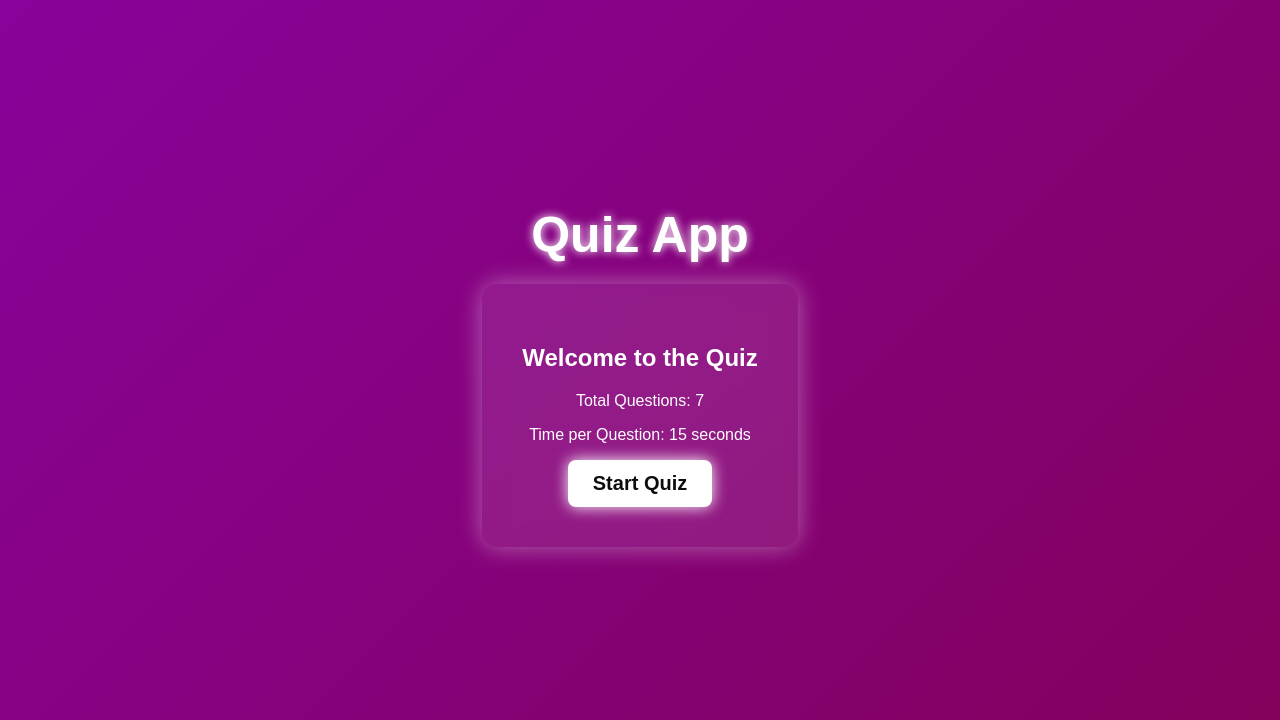
Repository: fatimaqueen9967-eng/SyntacexhubQuizApp
Page: index.html
An editor plug-in stored every save of this project. The page is shown before and after a run of saves, followed by the edit.
The browser window is 1280 px wide. The pictures show the whole page.

Above is the page before, as saved 2026-03-15 20:45:13.

### index.html
<!DOCTYPE html>
<html lang="en">
<head>
<meta charset="UTF-8">
<meta name="viewport" content="width=device-width, initial-scale=1.0">
<title>Quiz App</title>
<link rel="stylesheet" href="style.css">
</head>

<body>

<h1 class="title">Quiz App</h1>

<!-- START SCREEN -->

<div id="startScreen" class="start-screen">

<h2>Welcome to the Quiz</h2>

<p>Total Questions: <span id="totalQ"></span></p>
<p>Time per Question: 15 seconds</p>

<button id="startBtn">Start Quiz</button>

</div>

<!-- QUIZ BOX -->

<div class="box hidden">

<div class="progress-bar">
<div id="progress"></div>
</div>

<div class="top-bar">
<span id="counter"></span>
<span id="timer">⏱ 15s</span>
</div>

<div id="question"></div>

<div id="options" class="options"></div>

<div id="answer-info"></div>

<button id="nextBtn">Next</button>

</div>

<!-- RESULT -->

<div id="result" class="result-box hidden">

<div class="circle">
<span id="scorePercent">0%</span>
</div>

<h2>Quiz Result</h2>

<p id="correct"></p>
<p id="wrong"></p>

<button onclick="location.reload()" style="background-color: #74016a; color: white; padding: 10px 20px; border: none; border-radius: 6px; cursor: pointer; font-size: 18px;">Restart Quiz</button>

</div>

<script src="script.js"></script>

</body>
</html>

### style.css
body{
background:linear-gradient(135deg,#89039b,#83005c);
font-family:Arial;
display:flex;
flex-direction:column;
align-items:center;
justify-content:center;
min-height:100vh;
margin:0;
color:white;
}

/* TITLE */

.title{
margin-bottom:20px;
text-shadow:0 0 10px white;
font-size: 50px;
}


/* START SCREEN */

.start-screen{
background:rgba(255,255,255,0.1);
padding:40px;
border-radius:15px;
text-align:center;
box-shadow:0 0 25px rgba(255,255,255,0.4);
backdrop-filter:blur(10px);
animation:fadeIn 1s;
}

.start-screen button{
padding:12px 25px;
border:none;
border-radius:8px;
background:#fff;
color:#0d0d0e;
font-size: 20px;
font-weight:bold;
cursor:pointer;
box-shadow:0 0 15px white;
transition:.3s;
}

.start-screen button:hover{
transform:scale(1.1);
}

/* QUIZ BOX */

.box{
background:white;
color:#333;
width:420px;
max-width:90%;
padding:25px;
border-radius:12px;
box-shadow:0 0 25px rgba(231, 229, 229, 0.3);
animation:fadeIn .5s;
}

.hidden{
display:none;
}

/* PROGRESS BAR */

.progress-bar{
width:100%;
height:8px;
background:#ddd;
border-radius:10px;
overflow:hidden;
margin-bottom:15px;
}

#progress{
height:100%;
width:0%;
background:linear-gradient(90deg,#81045c,#6e0169);
transition:width .4s;
}

/* TOP BAR */

.top-bar{
display:flex;
justify-content:space-between;
margin-bottom:10px;
font-weight:bold;
}

/* QUESTION */

#question{
font-size:18px;
margin-bottom:15px;
}

/* OPTIONS */

.options button{
display:block;
width:100%;
padding:10px;
margin:8px 0;
border:none;
border-radius:8px;
background:#ce2cff;
color:white;
cursor:pointer;
transition:.3s;
font-size: 20px
}

.options button:hover{
transform:scale(1.05);
background:#4b005a;
}

/* ANSWERS */

.correct{
background:#f388be !important;
}

.wrong{
background:#e74c3c !important;
}

/* CORRECT ANSWER TEXT */

#answer-info{
margin-top:10px;
font-weight:bold;
color:rgb(165, 2, 2);
font-size: 20px;
}

/* NEXT BUTTON */

#nextBtn{
margin-top:15px;
padding:10px 20px;
background:#74016a;
color:white;
border:none;
border-radius:6px;
cursor:pointer;
font-size: 18px;
}

/* RESULT */

.result-box{
text-align:center;
background:rgb(243, 56, 171);
color:#f7f4f4;
padding:30px;
font-size: 18px;
border-radius:12px;
width:350px;
max-width:90%;
box-shadow:0 0 25px rgba(0,0,0,0.3);
}

.circle{
width:150px;
height:150px;
border-radius:50%;
border:12px solid #f0eff1;
display:flex;
align-items:center;
justify-content:center;
font-size:28px;
font-weight:bold;
margin:20px auto;
animation:pop .6s;
}

/* ANIMATIONS */

@keyframes pop{
from{transform:scale(.5);opacity:0}
to{transform:scale(1)}
}

@keyframes fadeIn{
from{opacity:0;transform:translateY(20px)}
to{opacity:1}
}

/* RESPONSIVE */

@media(max-width:600px){

.box{
padding:20px;
}

#question{
font-size:16px;
}

.options button{
font-size:14px;
}

.circle{
width:120px;
height:120px;
font-size:22px;
}

}

### script.js
// Quiz Data
const quizData=[
{
question:"What is the capital of France?",
options:["Berlin","Madrid","Paris","Rome"],
answer:"Paris"
},
{
question:"Full form of HTML?",
options:["Hyper Text Markup Language","High Text Markup Language","Hyper Text Market Language","None"],
answer:"Hyper Text Markup Language"
},
{
question:"Founder of Microsoft?",
options:["Steve Jobs","Bill Gates","Mark Zuckerberg","Elon Musk"],
answer:"Bill Gates"
},
{
question:"Why do we use CSS?",
options:["To structure the content","To style the content","To add interactivity"],
answer:"To style the content"
},
{
question:"DOM stands for?",
options:["Document Object Model","Data Object Model","Document Oriented Model","Data Oriented Model"],
answer:"Document Object Model"
},
{
question:"What does CreateElement do in JavaScript?",
options:["Creates a new HTML element","Deletes an HTML element","Updates an HTML element"],
answer:"Creates a new HTML element"
},
{
question:"What is Bootstrap?",
options:["A CSS framework","A JavaScript library","A Python framework"],
answer:"A CSS framework"
}
]

// DOM Elements
let currentQuestion=0
let score=0
let wrong=0
let timer
let timeLeft=15

const startBtn=document.getElementById("startBtn")
const startScreen=document.getElementById("startScreen")
const totalQ=document.getElementById("totalQ")
const counter=document.getElementById("counter")

const questionEl=document.getElementById("question")
const optionsEl=document.getElementById("options")
const nextBtn=document.getElementById("nextBtn")
const timerEl=document.getElementById("timer")
const progress=document.getElementById("progress")
const answerInfo=document.getElementById("answer-info")

// Show total questions on start screen
totalQ.innerText=quizData.length

// Start Quiz
startBtn.onclick=()=>{
    startScreen.classList.add("hidden")
    document.querySelector(".box").classList.remove("hidden")
    loadQuestion()
}

// Load Question
function loadQuestion(){
    clearInterval(timer)
    timeLeft=15
    startTimer()

    let q=quizData[currentQuestion]
    questionEl.innerText=q.question
    optionsEl.innerHTML=""
    answerInfo.innerHTML=""

    // Progress bar
    progress.style.width=(currentQuestion/quizData.length)*100+"%"

    // Question counter
    counter.innerText=(currentQuestion+1)+" / "+quizData.length

    // Options buttons
    q.options.forEach(option=>{
        let btn=document.createElement("button")
        btn.innerText=option
        btn.onclick=()=>selectAnswer(btn,option,q.answer)
        optionsEl.appendChild(btn)
    })
}

// Timer Function
function startTimer(){
    timerEl.innerText="⏱ "+timeLeft+"s"
    timer=setInterval(()=>{
        timeLeft--
        timerEl.innerText="⏱ "+timeLeft+"s"
        if(timeLeft<=0){
            clearInterval(timer)
            showCorrectAnswer()
        }
    },1000)
}

// Select Answer
function selectAnswer(button,option,correct){
    clearInterval(timer)
    let buttons=document.querySelectorAll(".options button")
    buttons.forEach(btn=>btn.disabled=true)

    if(option===correct){
        button.classList.add("correct")
        score++
    }else{
        button.classList.add("wrong")
        wrong++
        showCorrectAnswer()
    }
}

// Show Correct Answer
function showCorrectAnswer(){
    let q=quizData[currentQuestion]
    let buttons=document.querySelectorAll(".options button")
    buttons.forEach(btn=>{
        if(btn.innerText===q.answer){
            btn.classList.add("correct")
        }
    })
    answerInfo.innerText="Correct Answer: "+q.answer
}

// Next Button
nextBtn.onclick=()=>{
    currentQuestion++
    if(currentQuestion<quizData.length){
        loadQuestion()
    }else{
        showResult()
    }
}

// Show Result
function showResult(){
    document.querySelector(".box").style.display="none"
    let result=document.getElementById("result")
    result.classList.remove("hidden")

    let percent=Math.round((score/quizData.length)*100)
    document.getElementById("scorePercent").innerText=percent+"%"
    document.getElementById("correct").innerText="Correct Answers: "+score
    document.getElementById("wrong").innerText="Wrong Answers: "+wrong
}

After the next 2 saves:
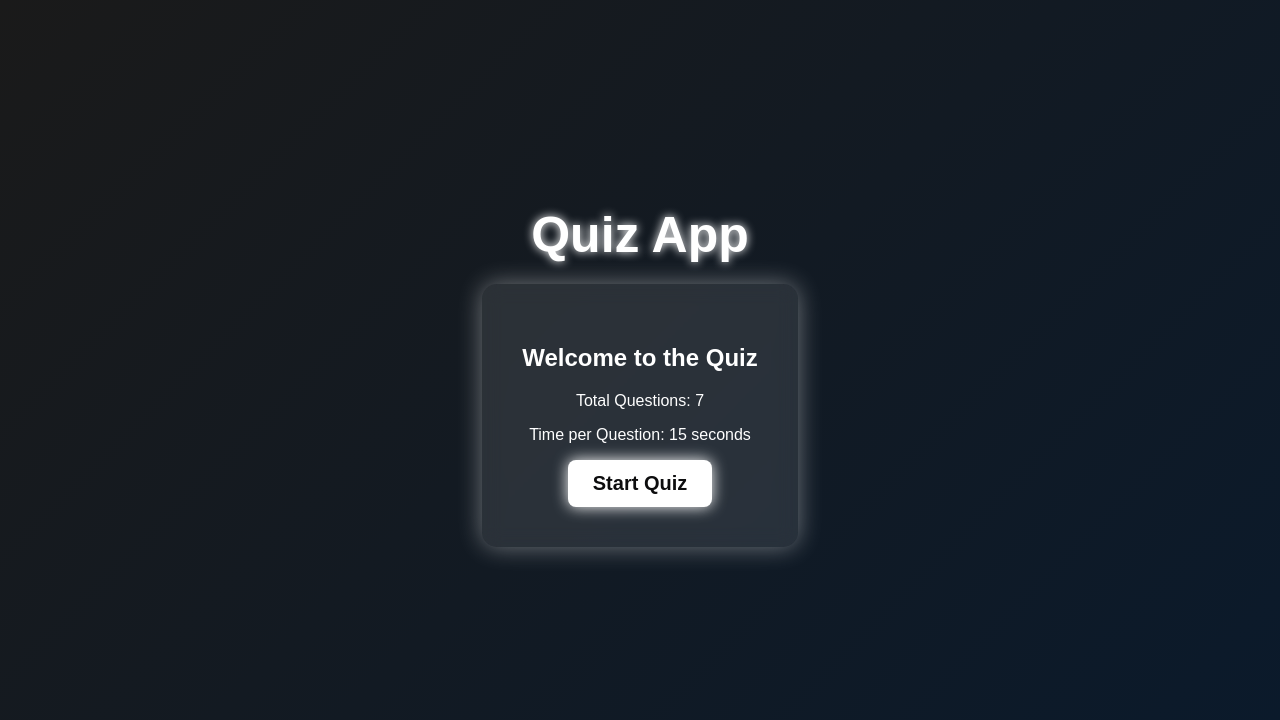
The 2 saves are shown as one change because they came seconds apart.
The last was saved 28 min 10 s later.
--- a/style.css
+++ b/style.css
@@ -1,5 +1,7 @@
 body{
-background:linear-gradient(135deg,#89039b,#83005c);
+/* background:linear-gradient(135deg,#89039b,#83005c); */
+background: linear-gradient(135deg, #1a1a1a, #0b1a2b);
+/* #1a1a1a = dark gray, #0b1a2b = navy */
 font-family:Arial;
 display:flex;
 flex-direction:column;
